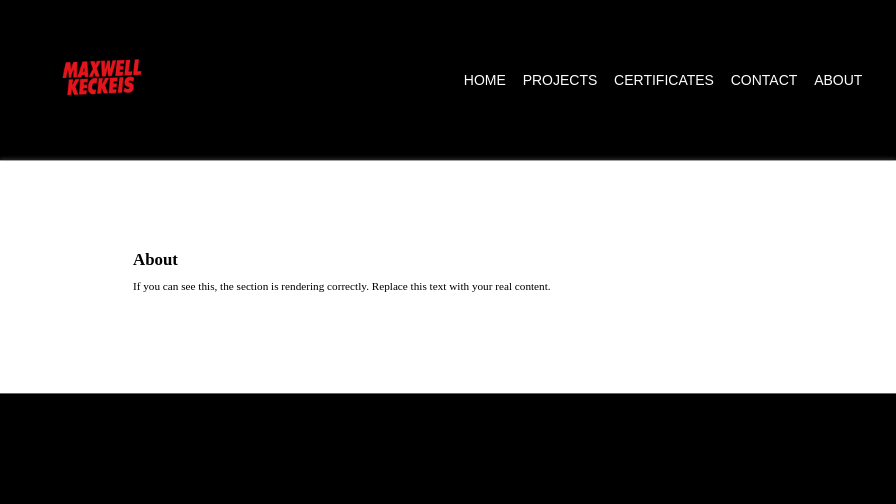
Repository: Maxwell-Keckeis/Maxwell-Keckeis.github.io
Page: about.html
These files come from the project's save history. The page is drawn as it stood at one moment and after the next save; the edit follows.
The browser window is 1280 px wide. The pictures show the whole page, at 70% of full size.
Some web fonts or font styles are not loaded; a fallback is used.

Above is the page before, as saved 2026-02-06 16:16:17.

After the next save:
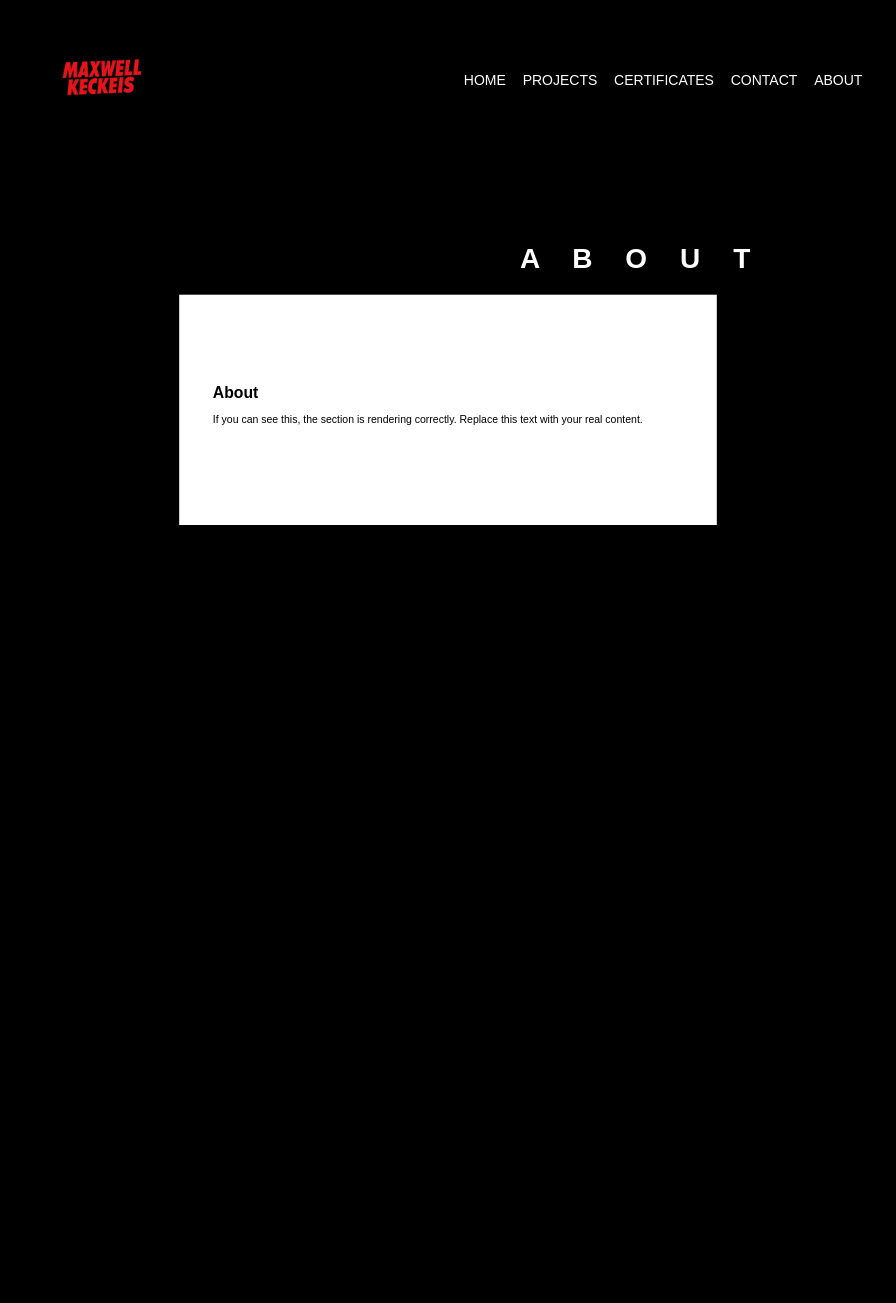
Saved 75 s later.
--- a/about.html
+++ b/about.html
@@ -29,13 +29,21 @@
             </div>
         </header>
 
-        <section class="about-section">
-            <div class="about-content">
-                <h1>About</h1>
-                    <p>
-                        If you can see this, the section is rendering correctly. Replace this text with your real content.
-                    </p>
+        <section class="title-band title-band--right">
+            <div class="title-band__inner">
+                <h1 class="title-band__title">A B O U T</h1>
             </div>
         </section>
+
+        <main>
+            <section class="about-section">
+                <div class="about-content">
+                    <h1>About</h1>
+                        <p>
+                            If you can see this, the section is rendering correctly. Replace this text with your real content.
+                        </p>
+                </div>
+            </section>
+        </main>
     </body>
 </html>
